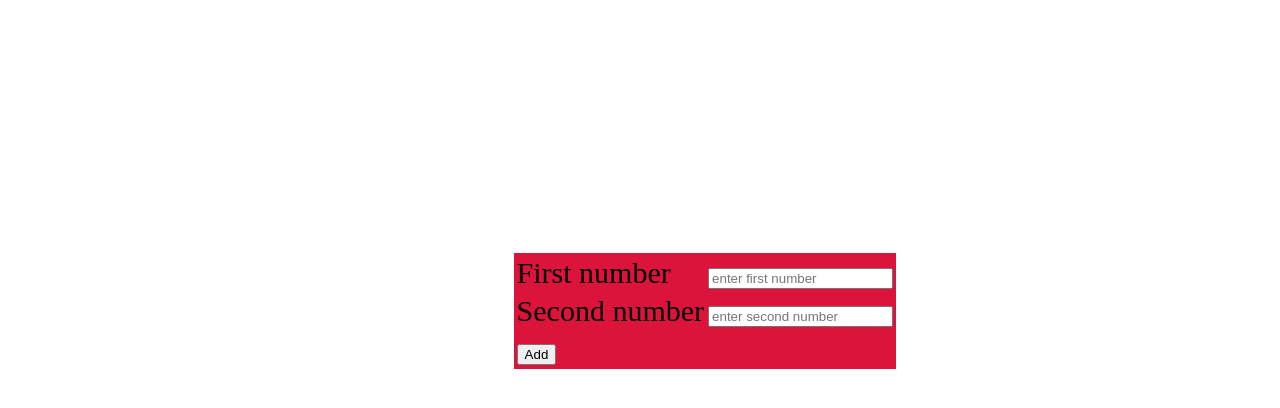
Repository: vima107/JDBC-CRUD-OPERATIONS
Page: addition/src/main/webapp/index.html
An editor plug-in stored every save of this project. The page is shown before and after the next save, followed by the edit.
The browser window is 1280 px wide. The pictures show the whole page.

Above is the page before, as saved 2024-10-09 10:46:08.

After the next save:
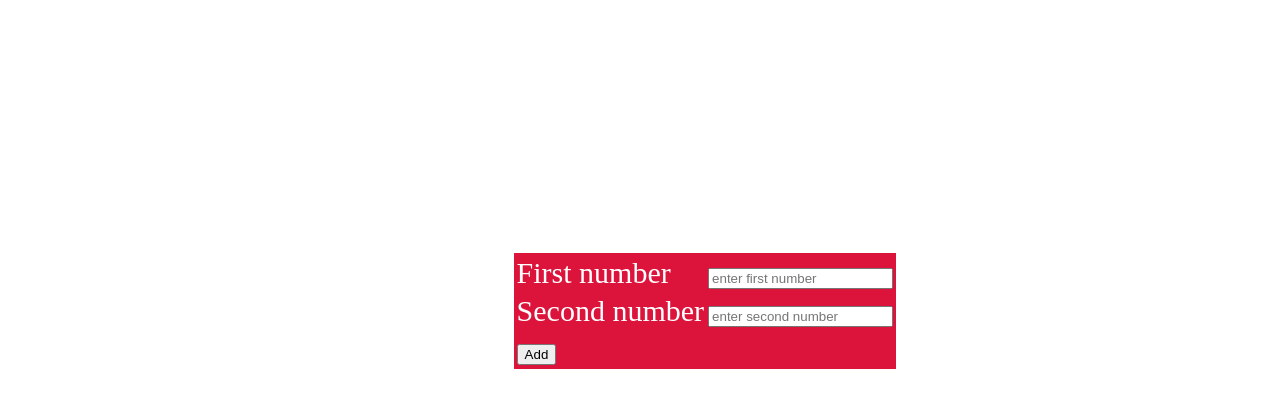
Saved 35 s later.
--- a/addition/src/main/webapp/index.html
+++ b/addition/src/main/webapp/index.html
@@ -6,7 +6,7 @@
 </head>
 <body>
 
-	<table style="margin-left:40%;margin-top:20%;background-color:crimson; font-size:30px">
+	<table style="margin-left:40%;margin-top:20%;background-color:crimson; font-size:30px;color:white">
 	<form action="/addition/Add">
 		<tr>
 			<td>First number</td>
